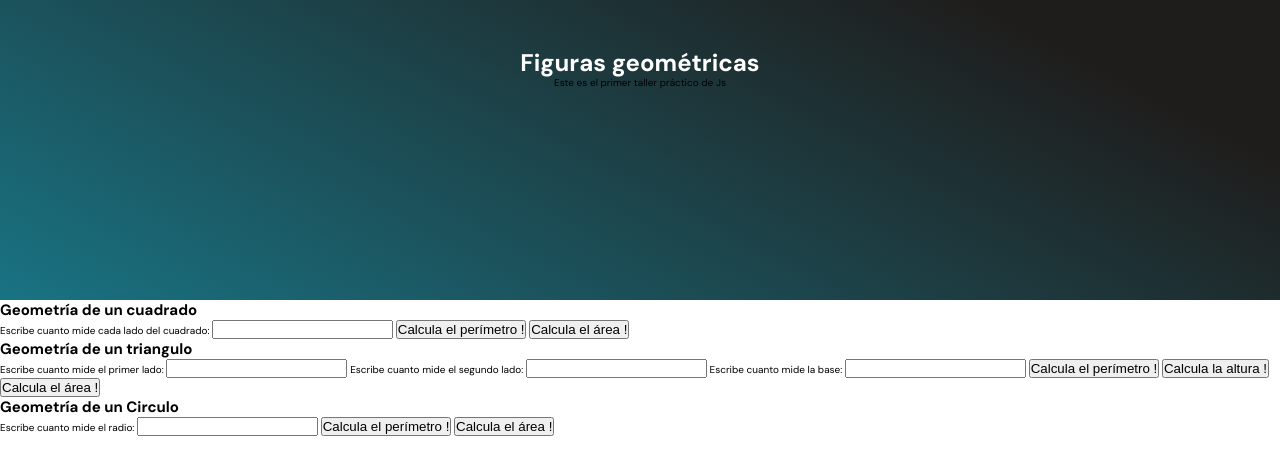
Repository: ChristianGecchelin/javascript-project
Page: javascript-project/figuras-geometricas/figuras.html
An editor plug-in stored every save of this project. The page is shown before and after the next save, followed by the edit.
The browser window is 1280 px wide. The pictures show the whole page.

Above is the page before, as saved 2021-12-01 21:29:50.

### javascript-project/figuras-geometricas/figuras.html
<!DOCTYPE html>
<html lang="en">
  <head>
    <meta charset="UTF-8" />
    <meta http-equiv="X-UA-Compatible" content="IE=edge" />
    <meta name="viewport" content="width=device-width, initial-scale=1.0" />
    <title>Figuras geométricas | Proyecto 1</title>
    <link rel="preconnect" href="https://fonts.googleapis.com" />
    <link rel="preconnect" href="https://fonts.gstatic.com" crossorigin />
    <link
      href="https://fonts.googleapis.com/css2?family=DM+Sans:wght@400;500;700&family=Inter:wght@300;500&display=swap"
      rel="stylesheet"
    />
    <link rel="stylesheet" href="./style.css" />
  </head>
  <body>
    <header>
      <div class="header--title-container">
        <h1>Figuras geométricas</h1>
        <p>Este es el primer taller práctico de Js</p>
      </div>
    </header>
    <section>
      <h2>Geometría de un cuadrado</h2>
      <form action="">
        <label for="">Escribe cuanto mide cada lado del cuadrado:</label>
        <input type="number" id="inputCuadrado" />
        <button type="button" onclick="calcularPerimetroCuadrado()">
          Calcula el perímetro !
        </button>
        <button type="button" onclick="calcularAreaCuadrado()">
          Calcula el área !
        </button>
        <!-- type button, para quitarle el submit por defecto y que no me redireccione a ningun lado -->
      </form>
    </section>
    <section>
      <h2>Geometría de un triangulo</h2>
      <form action="">
        <label for="">Escribe cuanto mide el primer lado:</label>
        <input type="number" id="inputLado1" />
        <label for="">Escribe cuanto mide el segundo lado:</label>
        <input type="number" id="inputLado2" />
        <label for="">Escribe cuanto mide la base:</label>
        <input type="number" id="inputBase" />
        <button type="button" onclick="calcularPerimetroTriangulo()">
          Calcula el perímetro !
        </button>
        <button type="button" onclick="calcularAlturaTriangulo()">
          Calcula la altura !
        </button>
        <button type="button" onclick="calcularAreaTriangulo()">
          Calcula el área !
        </button>
        <!-- type button, para quitarle el submit por defecto y que no me redireccione a ningun lado -->
      </form>
    </section>
    <section>
      <h2>Geometría de un Circulo</h2>
      <form action="">
        <label for="">Escribe cuanto mide el radio:</label>
        <input type="number" id="inputRadio" />
        <button type="button" onclick="calcularPerimetroCirculo()">
          Calcula el perímetro !
        </button>
        <button type="button" onclick="calcularAreaCirculo()">
          Calcula el área !
        </button>
        <!-- type button, para quitarle el submit por defecto y que no me redireccione a ningun lado -->
      </form>
    </section>
    <script src="./figurasConFunciones.js"></script>
  </body>
</html>

### javascript-project/figuras-geometricas/style.css
:root {
  --Dark-lightblue: #197383;
  --soft-orange: #ffe9d5;
  --secondary-blue: #1a9af7;
  --soft-blue: #e7f5ff;
  --warm-black: #201e1c;
  --black: #282623;
  --grey: #bababa;
  --off-white: #faf8f7;
  --just-white: #fff;
}
* {
  box-sizing: border-box;
  margin: 0;
  padding: 0;
}
html {
  font-size: 62.5%;
  font-family: "DM Sans", sans-serif;
}
header {
  position: relative;
  display: flex;
  flex-direction: column;
  justify-content: center;
  width: 100%;
  min-width: 320px;
  height: 300px;
  text-align: center;
  background: linear-gradient(207.8deg, #1f1d1c 16.69%, #197383 100%);
}
header .header--title-container {
  width: 90%;
  min-width: 288px;
  max-width: 900px;
  height: 200px;
  text-align: center;
  align-self: center;
}
header .header--title-container h1 {
  font-size: 2.4rem;
  font-weight: 700;
  line-height: 2.6rem;
  color: var(--just-white);
}

### javascript-project/figuras-geometricas/figurasConFunciones.js
/* Codigo del cuadrado */
console.group("Cuadrado");
function perimetroCuadrado(lado) {
  return lado * 4;
}
/* console.log(`Perimetro del cuadrado es: ${perimetroCuadrado} cm.`); */
function areaCuadrado(lado) {
  return (
    lado ** 2
  ); /* debe estar escrito de igual manera el parametro que el return */
}

/* console.log(`El area del cuadrado es: ${areaCuadrado} cm^2.`); */
console.groupEnd();

/* Codigo del triangulo */
console.group("Triangulo");

function perimetroTriangulo(lado1, lado2, base) {
  return lado1 + lado2 + base;
}
function calcularAltura(lado1, lado2, lado3) {
  let ladosIguales;
  let ladoBase;
  let altura;

  if (
    lado1 + lado2 <= lado3 ||
    lado1 + lado3 <= lado2 ||
    lado2 + lado3 <= lado1
  ) {
    alert(
      "En un triangulo la base no puede ser mayor a la suma de sus catetos"
    );
  } else {
    switch (true) {
      case lado1 === lado2:
        ladosIguales = lado1;
        ladoBase = lado3;
        break;
      case lado1 === lado3:
        ladosIguales = lado1;
        ladoBase = lado2;
        break;
      case lado3 === lado2:
        ladosIguales = lado2;
        ladoBase = lado1;
        break;
    }
    if (!ladosIguales) {
      alert("Tu triangulo no es isosceles, ingresa la altura");
    } else {
      altura = Math.sqrt(ladosIguales ** 2 - ladoBase ** 2 / 4);
    }
  }
  return ladosIguales, ladoBase, altura;
}
function areaTriangulo(ladoBase, altura) {
  return (
    (ladoBase * altura) / 2
  ); /* tengo que llamar a la funcion altura para pasarle el dato */
}
console.groupEnd();

//Codigo Circulo
console.group("Circulo");
function diametroCirculo(radio) {
  return radio * 2;
}
const pi = Math.PI;
function circunferencia(radio) {
  const diametro = diametroCirculo(radio);
  /* llamo a una funcion dentro de otra y creo una variable que tiene alcance local */
  return diametro * pi;
}
function superficieCirculo(radio) {
  return pi * radio ** 2;
}

console.groupEnd();
/* Creo una funcion, que a traves del id obtengo lo que el usuario ingreso en el input. y con eso le saco el value que le paso
a la funcion que cree antes y es la encargada de hacer el calculo para luego mostrarse en un aler */
function calcularPerimetroCuadrado() {
  const input = document.getElementById("inputCuadrado");
  const value = input.value;
  const perimetro = perimetroCuadrado(value);
  alert(perimetro);
}
function calcularAreaCuadrado() {
  const input = document.getElementById("inputCuadrado");
  const value = input.value;
  const area = areaCuadrado(value);
  alert(area);
}

function calcularPerimetroTriangulo() {
  const inputLado1 = document.getElementById("inputLado1");
  const valueLado1 = Number(inputLado1.value);
  const inputLado2 = document.getElementById("inputLado2");
  const valueLado2 = Number(inputLado2.value);
  const inputBase = document.getElementById("inputBase");
  const valueBase = Number(inputBase.value);
  /* Es importante ponerle number porque por mas que el input tenga type number, este lo transforma como un string */
  const perimetro = perimetroTriangulo(valueLado1, valueLado2, valueBase);
  alert(perimetro);
}

function calcularAlturaTriangulo() {
  const inputLado1 = document.getElementById("inputLado1");
  const valueLado1 = Number(inputLado1.value);
  const inputLado2 = document.getElementById("inputLado2");
  const valueLado2 = Number(inputLado2.value);
  const inputBase = document.getElementById("inputBase");
  const valueBase = Number(inputBase.value);
  const alturaTriangulo = calcularAltura(valueLado1, valueLado2, valueBase);
  alert(alturaTriangulo);
}

function calcularAreaTriangulo() {
  /* const inputAltura = document.getElementById("inputAltura");
  const valueAltura = Number(inputAltura.value);
  const inputBase = document.getElementById("inputBase");
  const valueBase = inputBase.value;
  const area = areaTriangulo(valueAltura, valueBase);
  alert(area); */
  const inputLado1 = document.getElementById("inputLado1");
  const valueLado1 = Number(inputLado1.value);
  const inputLado2 = document.getElementById("inputLado2");
  const valueLado2 = Number(inputLado2.value);
  const inputBase = document.getElementById("inputBase");
  const valueBase = Number(inputBase.value);
  const altura = calcularAltura(valueLado1, valueLado2, valueBase);
  const area = areaTriangulo(valueBase, altura);
  alert(area);
}

function calcularPerimetroCirculo() {
  const inputRadio = document.getElementById("inputRadio");
  const valueRadio = inputRadio.value;
  const perimetro = circunferencia(valueRadio);
  alert(perimetro);
}
function calcularAreaCirculo() {
  const inputRadio = document.getElementById("inputRadio");
  const valueRadio = inputRadio.value;
  const superficie = superficieCirculo(valueRadio);
  alert(superficie);
}

After the next save:
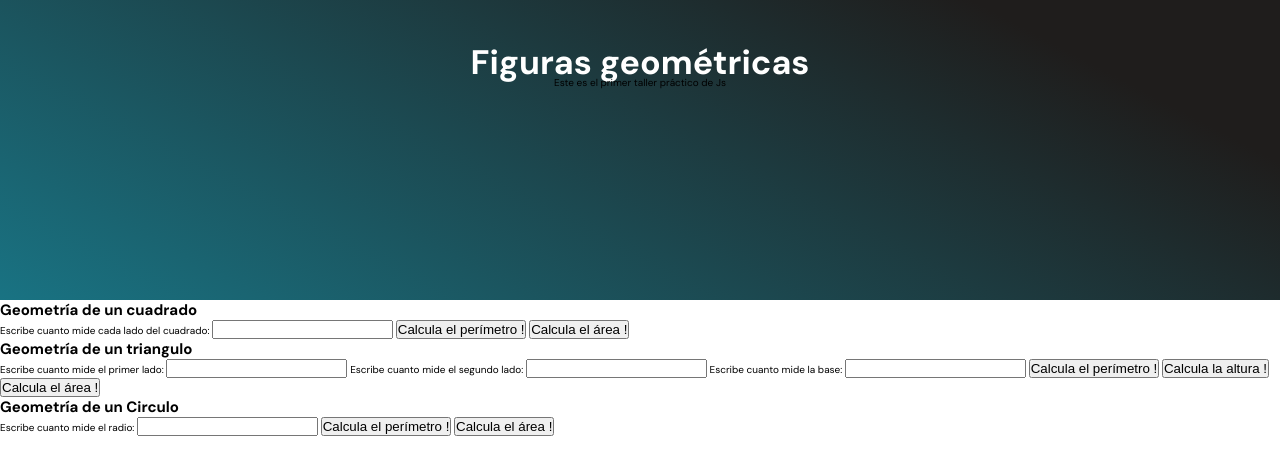
Saved 9 s later.
--- a/javascript-project/figuras-geometricas/style.css
+++ b/javascript-project/figuras-geometricas/style.css
@@ -38,7 +38,7 @@ header .header--title-container {
   align-self: center;
 }
 header .header--title-container h1 {
-  font-size: 2.4rem;
+  font-size: 3.4rem;
   font-weight: 700;
   line-height: 2.6rem;
   color: var(--just-white);
